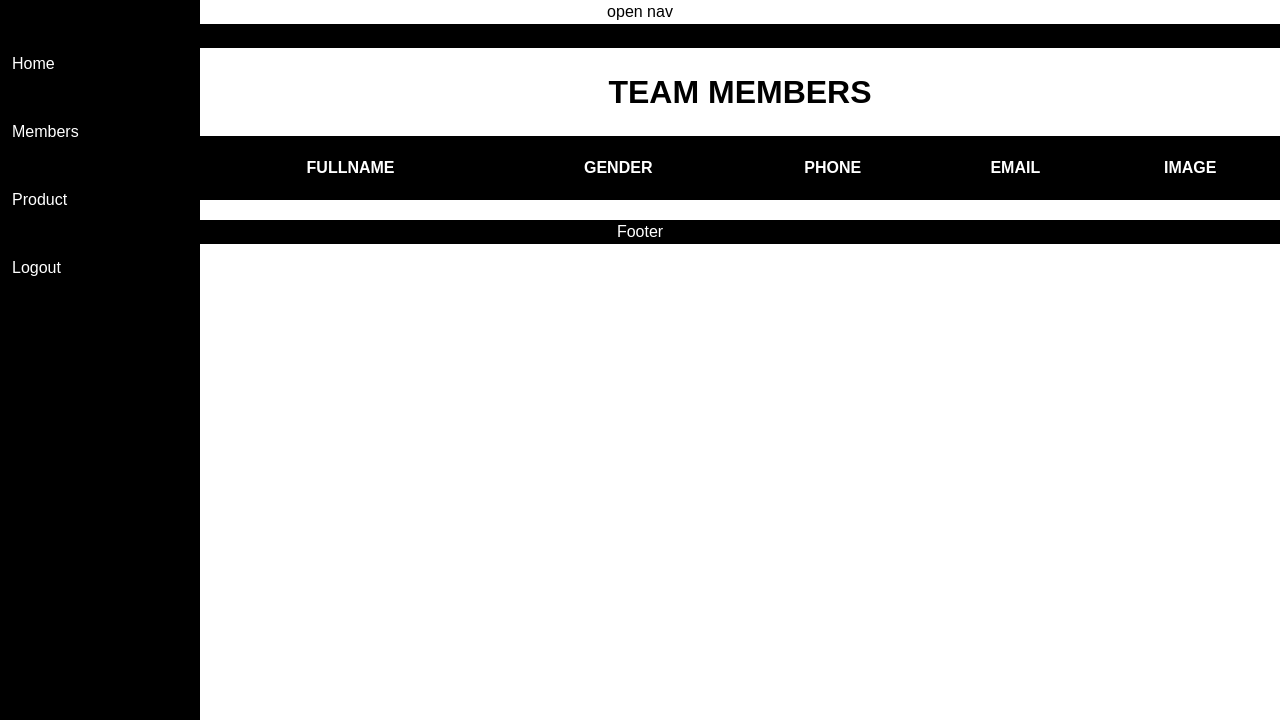
Repository: Eugene44-hub/SHRGroup46-capstone
Page: /members
An editor plug-in stored every save of this project. The page is shown before and after the next save, followed by the edit.
The browser window is 1280 px wide. The pictures show the whole page.
The page's requests for data from a server got no answer. The project was rebuilt for these pictures with package versions that can differ from the ones it lists, and the page was loaded fresh each time. No one was signed in, and anything a server would have sent is missing.

Above is the page before, as saved 2022-05-19 16:45:39.

### src/index.css
@tailwind base;
@tailwind components;
@tailwind utilities;
@import url('https://fonts.googleapis.com/css2?family=Poppins:wght@300;400;500;700&display=swap');
body {
    font-family: 'Poppins', sans-serif;
}

code {
    font-family: source-code-pro, Menlo, Monaco, Consolas, 'Courier New', monospace;
}

* {
    margin: 0;
    padding: 0;
    box-sizing: border-box;
}

@layer components {
    .tax {
        @apply text-sm font-medium
    }
    .taxPrice {
        @apply font-extralight
    }
}

### src/App.js
import React from 'react'
import { lazy, Suspense, useEffect, useState } from "react";
import { Route, Routes,BrowserRouter as Router } from "react-router-dom";

//read through comments on each component and pages to understand properly

// only tailwind and css modules are used in this project, any additional libraries should be told to the lead before installation

//Note: you can use normal import statement on the pages. Lazy load is for only Routing pages

// API's too have been fetched in utility folder you can import and use with the syntax below

import { fetchAllData,fetchCompanyQuantity,fetchPersonQuantity,fetchProductQuantity } from "./utilities/apis";
// fetchAllData(input endpoint here to fetch all data).then(data =>console.log(data) )
// fetchPersonQuantity(input quantity here to fetch an amount of data).then(data =>console.log(data) )
// fetchProductQuantity(input quantity here to fetch an amount of data).then(data =>console.log(data) )
// fetchCompanyQuantity(input quantity here to fetch an amount of data).then(data =>console.log(data) )

// endpoints are as follows:
// https://fakerapi.it/api/v1/products?_quantity=1
// https://fakerapi.it/api/v1/companies?_quantity=1
// https://fakerapi.it/api/v1/persons?_quantity=10
// https://fakerapi.it/api/v1/products
// https://fakerapi.it/api/v1/companies
// https://fakerapi.it/api/v1/persons

// check utilities folder for more details on the api functions

// happy coding


const Nav=lazy(()=>import('./components/nav/Nav'));
const Home=lazy(()=>import('./pages/home/Home'));
const Dashboard=lazy(()=>import('./pages/dashboard/Dashboard'))
const Members=lazy(()=>import('./pages/members/Members'))
const Product=lazy(()=>import('./pages/product/Product'))
const Login=lazy(()=>import('./pages/login/Login'))
const Footer=lazy(()=>import('./components/footer/Footer'))



const quantity = 12;

function App() {

  const[products, setProducts] = useState('')
  const [members,setMembers]=useState(null)

  useEffect(() => {
    fetchProductQuantity(quantity).then(data =>setProducts(data.data) )
    fetchAllData("https://fakerapi.it/api/v1/persons").then(data =>setMembers(data))
  }, [])

const [showNav,setShowNav]=useState(true)

  return (
    <div className="App">

<Suspense fallback={<h1>Loading...</h1>}>
  <Router>
    <div className='text-black text-center'>open nav</div>
  <Nav showNav={showNav}/>

    <div className='ml-[200px]'>
<Routes>
<Route path="/" element={<Home/>} />
<Route path="/product" element={<Product products = {products}/>} />
<Route path="/dashboard" element={<Dashboard/>} />
<Route path="/login" element={<Login/>} />
<Route path="/members" element={<Members members={members}/>} />
</Routes>
</div>
</Router>
<Footer/>
</Suspense>
    </div>
  );
}

export default App;

### src/utilities/apis.js
//this function takes in the url as an argument in string format

export const fetchAllData = async(url) => {
    const response = await fetch(url);
    const data = await response.json();
    return data;
}

//

// this part take in the quantity as an argument in integer format
export const fetchPersonQuantity = async(quantity) => {
    const response = await fetch(`https://fakerapi.it/api/v1/persons?_quantity=${quantity}`);
    const data = await response.json();
    return data;
}

export const fetchCompanyQuantity = async(quantity) => {

    const response = await fetch(`https://fakerapi.it/api/v1/companies?_quantity=${quantity}`);
    const data = await response.json();
    return data;
}

export const fetchProductQuantity = async(quantity) => {
    const response = await fetch(`https://fakerapi.it/api/v1/products?_quantity=${quantity}`);
    const data = await response.json();
    return data;
}



// https://fakerapi.it/api/v1/products?_quantity=1
// https://fakerapi.it/api/v1/companies?_quantity=1
// https://fakerapi.it/api/v1/persons?_quantity=10

### src/components/nav/Nav.jsx
import React from 'react'
import { useNavigate } from 'react-router-dom'

import styles from './Nav.module.css'
const navItems=[{
  item:'Home',
  url:'/'
},
{
  item:'members',
  url:'/'
},
{
  item:'product',
  url:'/'
},
{
  item:'logout',
  url:'/'
}]
const Nav = ({showNav}) => {
  const navigate=useNavigate()
  return (
    <nav className={`${styles.nav}`}>
      <div>
        efmlemflmef
      </div>
      <div  className={`fixed md:w-[200px] w-[0px] ${showNav?"w-[200px]":"w-[0px]"} bg-black z-50 pt-5 top-0 h-full`}>
      <ul>

{navItems.map((navItem,index)=>(<li className='my-5 p-3 transition-all hover:bg-gray-200 hover:text-black'>
  <button className='capitalize ' onClick={()=>navigate(navItem.url)}>{navItem.item}</button>
</li>))}
<li>

</li>
</ul>
      </div>

    </nav>
  )
}

export default Nav

### src/pages/members/Members.jsx
import React from 'react'
//components should be imported from here if needed
// make use of your normal import statement here to import components
// make use of the css module folder or tailwind or you can use inline styles
// check the sample on nav and footer for css modules


const Members = ({members}) => {

console.log(members);
  return (
    <section className='my-5'>
    <div className='container'>
    <header className='md:text-[2rem] text-center font-bold uppercase mb-5'>
      Team members
    </header>
<table className='w-full text-white'>
 <thead>


    <tr className='bg-black border-white'>
      <th className='text-center  py-5 text-[.5rem] md:text-[1rem] uppercase'>fullname</th>
      <th className='text-center py-5 text-[.5rem] md:text-[1rem] uppercase'>gender</th>
      <th className='text-center py-5 text-[.5rem] md:text-[1rem] uppercase'>phone</th>
      <th className='text-center py-5 text-[.5rem] md:text-[1rem] uppercase'>email</th>
      <th className='text-center py-5 text-[.5rem] md:text-[1rem] uppercase'>image</th>
    </tr>
    </thead>

<tbody>
  {members&&members.data.map((member,index) => (
      <tr key={index} style={{backgroundColor:index%2===0?"lightgrey":"black", color:index%2===0?"black":"white"}} className="py-5 shadow-lg mb-5">
      <td className=' text-center text-[.5rem] md:text-[1rem]'>
      {member.firstname} {member.lastname}
      </td>
      <td className=' text-center text-[.5rem] md:text-[1rem] capitalize'>
      {member.gender}
      </td>
      <td className=' text-center text-[.5rem] md:text-[1rem]'>
      {member.phone}
      </td>
      <td className=' text-center text-[.5rem] md:text-[1rem]'>
      {member.email}
      </td>
      <td className=' py-2  text-center text-[.5rem] md:text-[1rem]'>
      <img src={member.image} className="w-[50px] mx-auto h-[50px] rounded-full" alt="" />
      </td>
      </tr>
      ))}
</tbody>

</table>

    </div>

    </section>
  )
}

export default Members

### src/components/footer/Footer.jsx
import React from 'react'
import styles from "./Footer.module.css"
const Footer = () => {
  return (
    <footer className={styles.footer}>Footer</footer>
  )
}

export default Footer

### src/components/nav/Nav.module.css
/** @format */

nav {
    /* height: 300px; */
    background-color: black;
    color: white;
}

### src/components/footer/Footer.module.css
/** @format */

footer {
  /* height: 300px; */
  background-color: black;
  color: white;
  text-align: center;
}

Loaded but not shown: public/index.html (common file); src/index.js (common file); tailwind.config.js (common file)

After the next save:
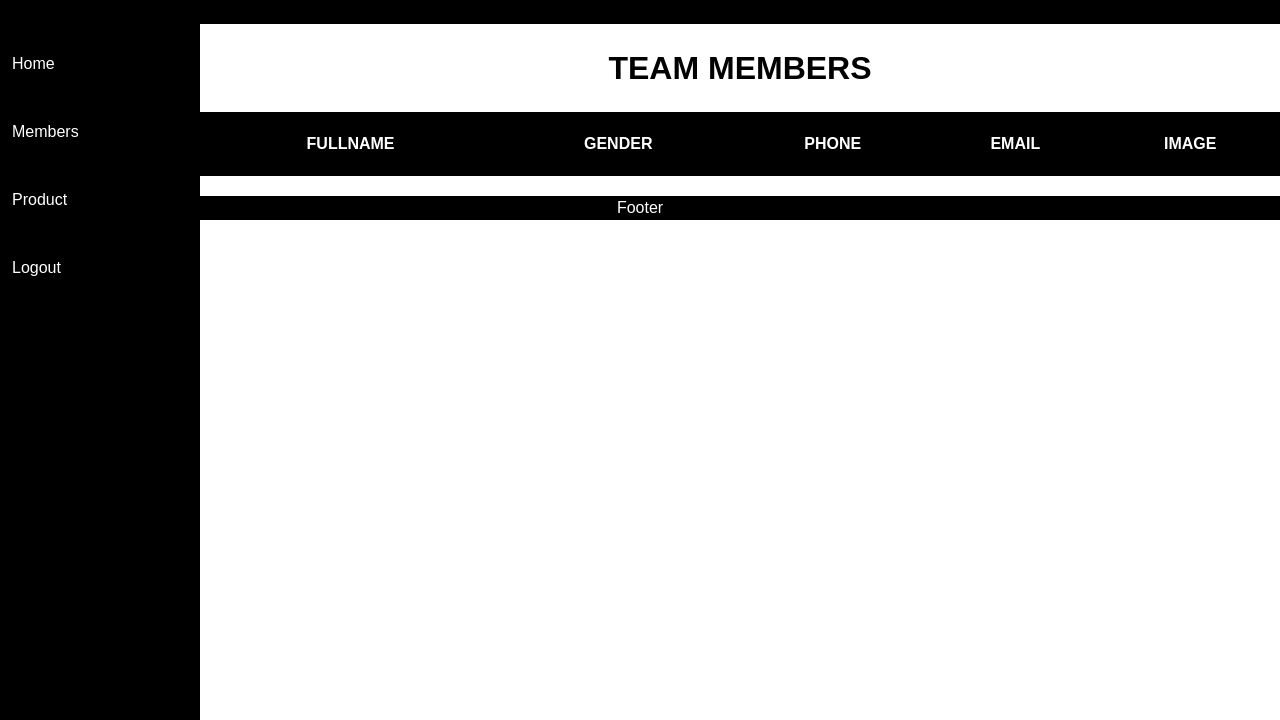
Saved 13 s later.
--- a/src/App.js
+++ b/src/App.js
@@ -58,7 +58,6 @@ const [showNav,setShowNav]=useState(true)
 
 <Suspense fallback={<h1>Loading...</h1>}>
   <Router>
-    <div className='text-black text-center'>open nav</div>
   <Nav showNav={showNav}/>
 
     <div className='ml-[200px]'>
